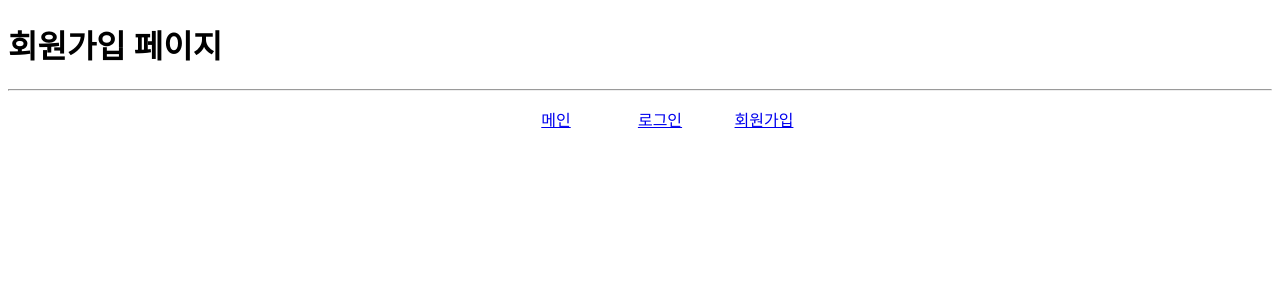
Repository: jchh0177/jsp-work
Page: http://localhost/cos/join.jsp
These files come from the project's save history. The page is drawn as it stood at one moment and after the next save; the edit follows.
The browser window is 1280 px wide. The pictures show the whole page.
The page is served by Tomcat 9.

Above is the page before, as saved 2020-08-22 02:43:01.

After the next save:
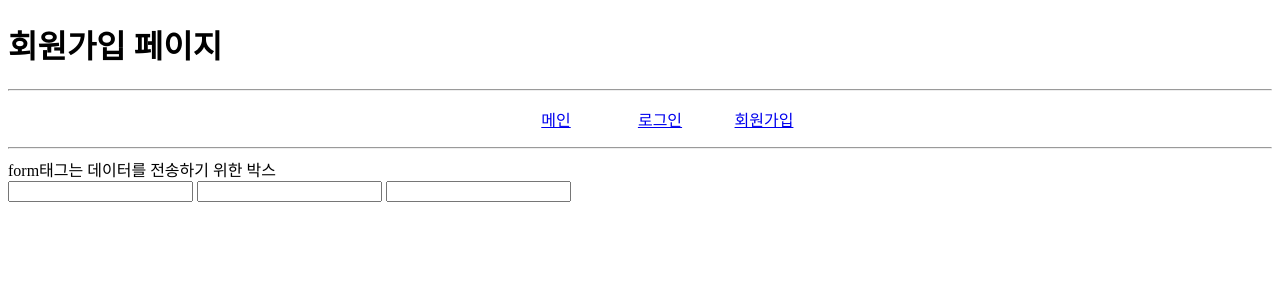
Saved 4 min 46 s later.
--- a/cos/WebContent/join.jsp
+++ b/cos/WebContent/join.jsp
@@ -23,5 +23,13 @@
 	<li><a href="login.jsp">로그인</a></li>
 	<li><a href="join.jsp">회원가입</a></li>
 </ul>
+<hr/>
+form태그는 데이터를 전송하기 위한 박스
+<form>
+	<input type= "text" name="username"/>
+	<input type= "password" name="password"/>
+	<input type= "email" name="email"/>
+</form>
+
 </body>
 </html>
